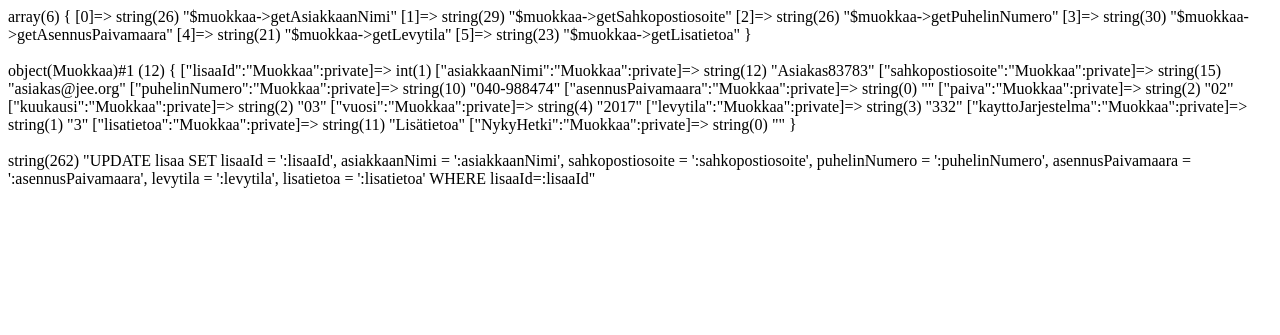
Repository: TommiKurjensalo/php
Page: http://localhost/test/function_to_function.php
The author's editor kept a copy of each file at every save. The page is drawn from the files as they stood at one save, then again after the next save.
The browser window is 1280 px wide. The pictures show the whole page.
The page is run by PHP 8.4 with error messages shown; the project is at /var/www/html/.

Above is the page before, as saved 2017-04-25 16:35:18.

After the next save:
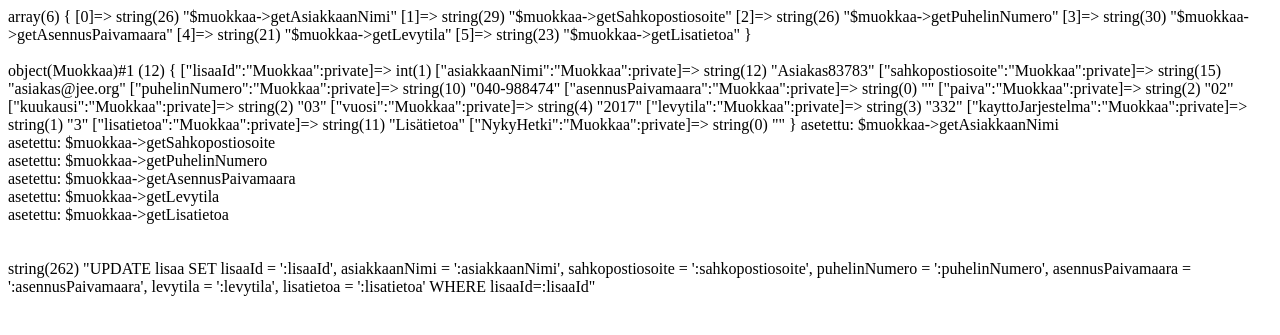
Saved 105 s later.
--- a/sivut/test/function_to_function.php
+++ b/sivut/test/function_to_function.php
@@ -375,9 +375,9 @@ public function muokkaaAsiakas($muokkaa) {
 	echo "<br><br>";
 	var_dump($muokkaa);
 
-	for ($i=0; $i<8; $i++) {
+	for ($i=0; $i<=5; $i++) {
 		if (isset($lista[$i])) {
-
+			echo 'asetettu: ' .$lista[$i].'<br>';
 		}
 	}
 
